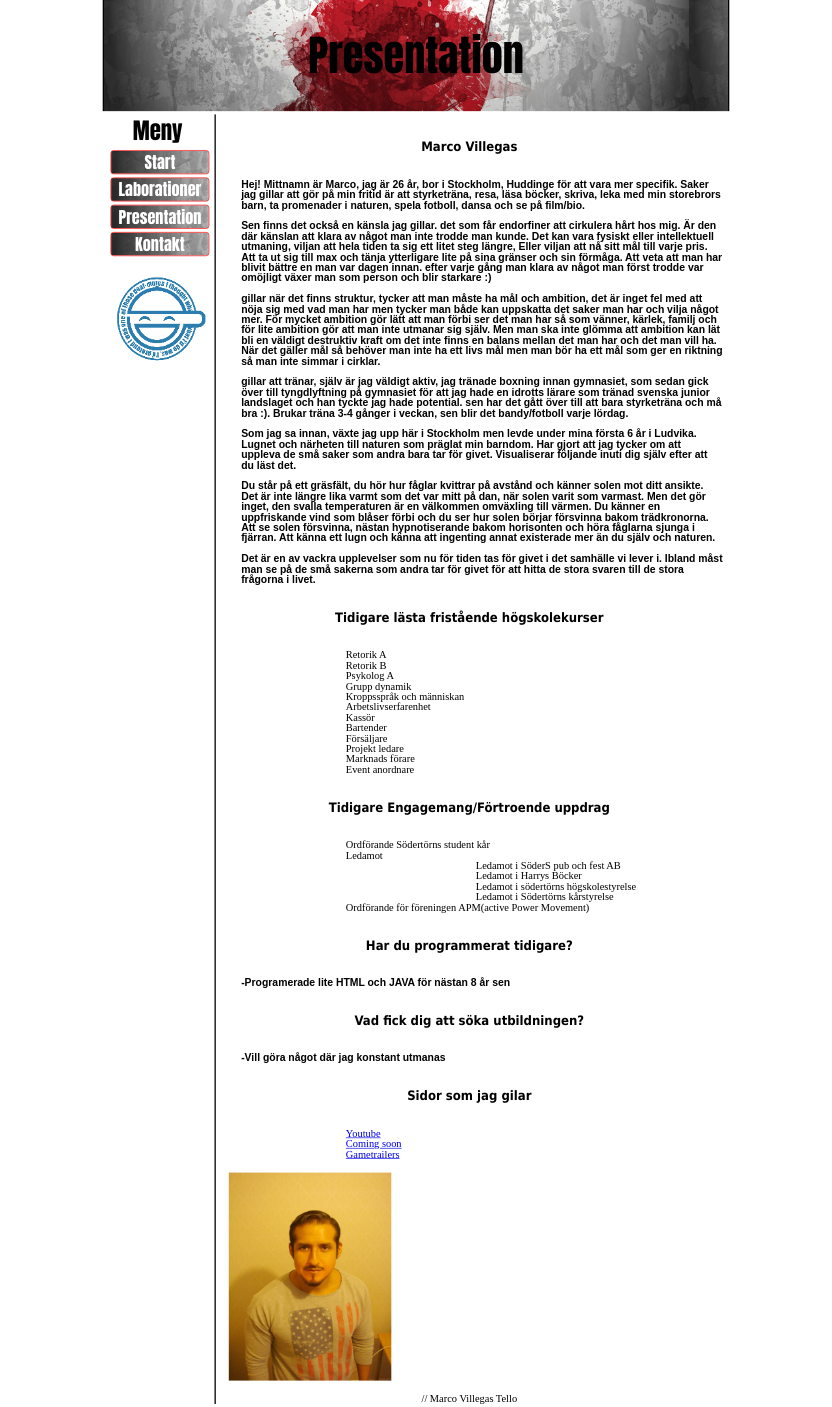
Repository: Marco30/1ik415-laborationer
Page: pages/presentation.html
The author's editor kept a record of every edit. The page is drawn from the files as they stood at one moment, then again after the next edit.
The browser window is 1280 px wide. The pictures show the whole page, at 65% of full size.

Above is the page before.

### pages/presentation.html
<!DOCTYPE html>

<html lang="sv">

<head>

        <meta charset="UTF-8"/>

        <title>Min första sida</title>

        <link href="../CSS/style.css" rel="stylesheet" type="text/css">

</head>

<body>

<div id="inramning">

        <div id="sidhuvud">

        <h1>Presentation</h1>


        </div>

        <div id="menyruta">

        <div id="meny">

        <h4>Meny</h4>

        <ul>

                <li> <a href="../index.html">Start</a> </li>

                <li> <a href="Laborationer.html">Laborationer</a> </li>

                <li> <a href="presentation.html">Presentation</a> </li>

                <li> <a href="kontakt.html">Kontakt</a> </li>

        </ul>

        </div>

        </div>

        <div id="blogg">

        <H4>Marco Villegas</H4>

        <p>
                Hej! Mittnamn är Marco, jag är 26 år, bor i Stockholm, Huddinge för att vara mer specifik.
                Saker jag gillar att gör på min fritid är att styrketräna, resa, läsa böcker, skriva, leka med min storebrors barn, ta promenader i naturen, spela fotboll, dansa och se på film/bio.
        </p>

        <br/>

        <p>
                Sen finns det också en känsla jag gillar. det som får endorfiner att cirkulera hårt hos mig. Är den där känslan att klara av något man inte trodde man kunde. Det kan vara fysiskt eller intellektuell utmaning, viljan att hela tiden ta sig ett litet steg längre, Eller viljan att nå sitt mål till varje pris. Att ta ut sig till max och tänja ytterligare lite på sina gränser och sin förmåga. Att veta att man har blivit bättre en man var dagen innan. efter varje gång man klara av något man först trodde var omöjligt växer man som person och blir starkare :)
        </p>

        <br/>

        <p>
                gillar när det finns struktur, tycker att man måste ha mål och ambition, det är inget fel med att nöja sig med vad man har men tycker man både kan uppskatta det saker man har och vilja något mer. För mycket ambition gör lätt att man förbi ser det man har så som vänner, kärlek, familj och för lite ambition gör att man inte utmanar sig själv. Men man ska inte glömma att ambition kan lät bli en väldigt destruktiv kraft om det inte finns en balans mellan det man har och det man vill ha. När det gäller mål så behöver man inte ha ett livs mål men man bör ha ett mål som ger en riktning så man inte simmar i cirklar.
        </p>

        <br/>

        <p>
                gillar att tränar, själv är jag väldigt aktiv, jag tränade boxning innan gymnasiet, som sedan gick över till tyngdlyftning på gymnasiet för att jag hade en idrotts lärare som tränad svenska junior landslaget och han tyckte jag hade potential. sen har det gått över till att bara styrketräna och må bra :). Brukar träna 3-4 gånger i veckan, sen blir det bandy/fotboll varje lördag.
        </P>

        <br/>

        <p>
                Som jag sa innan, växte jag upp här i Stockholm men levde under mina första 6 år i Ludvika. Lugnet och närheten till naturen som präglat min barndom. Har gjort att jag tycker om att uppleva de små saker som andra bara tar för givet.
                Visualiserar följande inuti dig själv efter att du läst det.
        </p>

        <br/>

        <p>
                Du står på ett gräsfält, du hör hur fåglar kvittrar på avstånd och känner solen mot ditt ansikte. Det är inte längre lika varmt som det var mitt på dan, när solen varit som varmast. Men det gör inget, den svalla temperaturen är en välkommen omväxling till värmen. Du känner en uppfriskande vind som blåser förbi och du ser hur solen börjar försvinna bakom trädkronorna. Att se solen försvinna, nästan hypnotiserande bakom horisonten och höra fåglarna sjunga i fjärran. Att känna ett lugn och känna att ingenting annat existerade mer än du själv och naturen.
        </p>

        <br/>

        <p>
                Det är en av vackra upplevelser som nu för tiden tas för givet i det samhälle vi lever i.
                Ibland måst man se på de små sakerna som andra tar för givet för att hitta de stora svaren till de stora frågorna i livet.
        </p>

        <h4>Tidigare lästa fristående högskolekurser</h4>

        <ul class="lablista">

                <li>Retorik A</li>

                <li>Retorik B</li>

                <li>Psykolog A</li>

                <li>Grupp dynamik</li>

                <li>Kroppsspråk och människan</li>

        </ul>

        <dl class="lablista">

                <dt> Arbetslivserfarenhet </dt>

   		<dd> Kassör </dd>

   		<dd> Bartender </dd>

   		<dd> Försäljare </dd>

   		<dd> Projekt ledare </dd>

   		<dd> Marknads förare </dd>

   		<dd> Event anordnare </dd>


        </dl>


        <h4>Tidigare Engagemang/Förtroende uppdrag </h4>

        <ul class="lablista">
                <li>Ordförande Södertörns student kår</li>

                <li>Ledamot

                        <ul class="lablista">

                                <li>Ledamot i SöderS pub och fest AB</li>

                                <li>Ledamot i Harrys Böcker </li>

                                <li>Ledamot i södertörns högskolestyrelse</li>

                                <li>Ledamot i Södertörns kårstyrelse</li>

                        </ul>

                </li>

                <li>Ordförande för föreningen APM(active Power Movement)</li>

        </ul>

        <H4>Har du programmerat tidigare?</H4>

        <p>
                -Programerade lite HTML och JAVA för nästan 8 år sen
        </p>

        <h4>Vad fick dig att söka utbildningen?</h4>

        <p>
                -Vill göra något där jag konstant utmanas
        </p>

        <h4>Sidor som jag gilar</h4>


        <ul class="lablista">

                <li> <a href="http://www.youtube.com"> Youtube </a> </li>

                <li> <a href="http://www.comingsoon.net"> Coming soon </a> </li>

                <li> <a href="http://www.gametrailers.com"> Gametrailers </a> </li>

        </ul>

        <a id="jag"></a>
        <img src="../pics/smil3.jpg" alt="Smiley face" width="250" height="320" class="left" >

        <br/>

        // Marco Villegas Tello
        </div>
</div>

</body>

</html>

### CSS/style.css
 /* http://meyerweb.com/eric/tools/css/reset/
   v2.0 | 20110126
   License: none (public domain)
*/

html, body, div, span, applet, object, iframe,
h1, h2, h3, h4, h5, h6, p, blockquote, pre,
a, abbr, acronym, address, big, cite, code,
del, dfn, em, img, ins, kbd, q, s, samp,
small, strike, strong, sub, sup, tt, var,
b, u, i, center,
dl, dt, dd, ol, ul, li,
fieldset, form, label, legend,
table, caption, tbody, tfoot, thead, tr, th, td,
article, aside, canvas, details, embed,
figure, figcaption, footer, header, hgroup,
menu, nav, output, ruby, section, summary,
time, mark, audio, video {
    margin: 0;
    padding: 0;
    border: 0;
    font-size: 100%;
    font: inherit;
    vertical-align: baseline;
}
/* HTML5 display-role reset for older browsers */
article, aside, details, figcaption, figure,
footer, header, hgroup, menu, nav, section {
    display: block;
}
body {
    line-height: 1;
}
ol, ul {
    list-style: none;
}
blockquote, q {
    quotes: none;
}
blockquote:before, blockquote:after,
q:before, q:after {
    content: '';
    content: none;
}
table {
    border-collapse: collapse;
    border-spacing: 0;
}


#inramning
{
         width:960px;
        margin:0 auto;
        background-color: #EDF5FF;
        border-left: 2px solid black;
        border-right: 2px solid black;
}


#sidhuvud /* skappar rammen längs upp, den som har sidans namn */
{

        background-image: url(pics/Max.png);
        height:171px;

}

#sidhuvud H1 /* ger H1 följande egenskaper som  alltid är bundna till sidhuvud div */
{
        font-weight: bold;
        line-height:171px;
        text-align:center;
        font-family: Impact, Charcoal, sans-serif;
        font-size: 65px;
        color:black;
}


#menyruta /* skappar rutan som menyn finns i och har alla des egenskaper som färg, bred, position m.m.*/
{
        float: left;
        width: 155px;
        height: 600px;
        margin: 5px;
        font-family: Impact, Charcoal, sans-serif;
        background-image: url(pics/fun1.png);
        background-repeat: no-repeat;
        background-position:15px 250px;


}

#menyruta H4 /* ger H1 följande egenskaper som alltid är bundna till menyruta div */
{
        line-height:50px;
        font-weight: bold;
        text-align:center;
        font-size: 35px;
}

#meny /* centerar all text i meny div*/
{
        text-align: center;

}


#meny li /* ger li följande egenskaper som alltid är bundna till meny div */
{
        margin: 5px;
        padding: 0;
        list-style: none;
}

#meny li a /* ger li a följande egenskaper som alltid är bundna till meny div */
{
        display: block;
        width: 130px;
        margin: 0;
        padding: 5px 10px 5px 10px;
        text-decoration: none;
        font-family: Impact, Charcoal, sans-serif;
        font-size: 25px;
        color: white;
        border-radius: 5px;
        border: 1px solid red;
       background: url('pics/Max.png');

}

#meny li a:hover /* ger li A följande egenskaper när mus pekaren svävar över den */
{
        padding: 5px 12px;
        color: white;
}

#meny #active /* visar vilken sida man är på i menyn genom att göra den lenken svart*/
{
        background: black;
}


#blogg
{
        float: left;
        width: 780px;
        border-left: 2px solid black;
        margin: 5px;
        text-align:center;
}

#blogg table, th, td
{
        margin-left:auto;
        margin-right:auto;
        border: 1px solid black;
}


#blogg H2
{
        font-family: Tahoma, Geneva, sans-serif;
        font-weight: bold;
        text-align:center;
        font-size: 40px;
}

#blogg H4
{
        line-height:100px;
        font-family: Tahoma, Geneva, sans-serif;
        font-weight: bold;
        text-align:center;
        font-size: 20px;
}

#blogg form
{
        text-align: left;
        background: none repeat scroll 0% 0% #CCC;
        border: 1px solid rgb(170, 57, 57);
        padding-left: 100px;
        color: rgb(170, 57, 57);
        font-size: 18px;
        font-weight: bold;
        font-family: Tahoma,Geneva,sans-serif;
        margin: 20px 50px 20px 90px;
}

#blogg form H4
{
        line-height:100px;
        font-family: Tahoma, Geneva, sans-serif;
        font-weight: bold;
        text-align:center;
        font-size: 30px;
}

#blogg input
{
        color: rgb(170, 57, 57);
        padding: 10px;
        font-family: Tahoma,Geneva,sans-serif;
        font-size: 16px;
        margin-bottom: 15px;
        margin-top: 10px;
        background-color: rgba(255, 255, 255, 0.4);
        border: 5px solid rgb(170, 57, 57);
}

#blogg select
{
        border: 5px solid #AA3939;
        padding: 10px;
        font-family: Keffeesatz,Arial;
        font-size: 14px;
        margin-bottom: 15px;
        margin-top: 10px;
        background-color: rgba(255, 255, 255, 0.4);
        color: #AA3939;
}


#blogg textarea
{
        color: #AA3939;
        background-color: rgba(255, 255, 255, 0.4);
        padding: 10px;
        font-family: Keffeesatz,Arial;
        margin-top: 10px;
        width: 450px;
        margin-bottom: 15px;
        font-size: 16px;
        border: 5px solid #AA3939;
}



#blogg P
{
        padding-left: 5%;
        font-family: ‘Lucida Sans Unicode’, ‘Lucida Grande’, sans-serif;
        font-weight: bold;
        text-align:left;
}

#sidfot
{
        clear: left;
        width: 960px;
        height: 50px;
        background-color: #7E7B7F;
        border-top: 2px solid black;

}

#sidfot P
{
        line-height:50px;
        text-align:center;
        font-family: ‘Lucida Sans Unicode’, ‘Lucida Grande’, sans-serif;
        font-weight: bold;


}


 .right /*class som   placerar objekt till höger*/
{
        float:right;
        margin: 0 0 20px 20px;
}

 .left /*class som   placerar objekt till vänster*/
{
        float:left;
        margin: 20px 520px 20px 20px;
}


#blogg #sprite {
        width: 24px;
        height: 24px;
        background: url(pics/sprite.png) 24px -144px;
padding: 4px 24px 3px 0px;
display: block;
width: 147px;
margin: 0px 0px -17px 16px;
background-repeat: no-repeat;
text-decoration: none;
color: #ccc8b8;


}

#blogg #sprite:hover{
        width: 24px;
        height: 24px;
        background: url(pics/sprite.png) 24px -96px;
padding: 4px 24px 3px 0px;
display: block;
width: 147px;
margin: 0px 0px -17px 16px;
background-repeat: no-repeat;
text-decoration: none;
color: blue;
}

#blogg #b {

  width: 24px;
  height: 24px;
   background: url('pics/sprite.png') 24px -192px;
 text-align: center;
padding: 5px 24px 3px 0px;
display: block;
width: 147px;
margin: 9px 0px -26px -48px;
background-repeat: no-repeat;
text-decoration: none;

}

#blogg #b:hover{
  background: url('pics/sprite.png') 24px -240px;
  width: 24px;
  height: 24px;
  text-align: center;
padding: 5px 24px 3px 0px;
display: block;
width: 147px;
margin: 9px 0px -26px -48px;
background-repeat: no-repeat;
color: #ccc8b8;
text-decoration: none;

}


.lablista
{
        padding-left: 200px;
        text-align:left;
        padding: 5;
}


        /* CSS för utrskrift startar här ifrån */

@media print {


        /* tar bort element som man inte vill ha i utskriften */


        #menyruta, #sidfot
        {
                display: none;
                border: 0;

        }

        #inramning
        {
                background-color:none;
                border-left: none;
                border-right: none;
        }


        #blogg
        {
                border: none;
        }

        img {
                display: none;
        }


        /* gör så att man får färg på lenkar i utskriften */
        #blogg a:link, a:visited
        {
                color: #781351;
        }

        /*visar hela adressen på en lenk bredvid namnet*/
        #blogg a:after
        {
                content: " (" attr(href) ")";
                font-size: 14px 0px;
        }

}


@media only screen and (max-device-width : 481px) {

	div#inramning
	{
	        width: 481px;
	}

        div#sidhuvud
	{
	        background-image: url(pics/maxliten.png);
	        height: 91px;
	        position: relative;

	}

	div#sidhuvud h1
	{
	        font-size: 40px;
font-weight: bold;
line-height: 104px;
text-align: center;
font-family: Impact,Charcoal,sans-serif;
color: black;
	}

	#blogg
	{
		float: none;
		width: 100%;
	}

	#blogg H2 {
    font-family: Tahoma,Geneva,sans-serif;
    font-weight: bold;
    text-align: center;
    font-size: 20px;
	}

#blogg H4
{
    line-height: 49px;
    font-family: Tahoma,Geneva,sans-serif;
    font-weight: bold;
    text-align: center;
    font-size: 14px;
}

div#menyruta /* skappar rutan som menyn finns i och har alla des egenskaper som färg, bred, position m.m.*/
{
        font-family: Impact,Charcoal,sans-serif;
width: 480px;
height: auto;
margin: 3px 0px 10px -44px;

}

div#menyruta H4 /* ger H1 följande egenskaper som alltid är bundna till menyruta div */
{
        font-size: 19px;
line-height: 35px;
display: none;

}

div#meny /* centerar all text i meny div*/
{
        text-align: center;

}


div#meny li /* ger li följande egenskaper som alltid är bundna till meny div */
{
        margin-right: 0px;
display: inline-block;
list-style: none outside none;
}

div#meny li a /* ger li a följande egenskaper som alltid är bundna till meny div */
{
     font-family: Impact,Charcoal,sans-serif;
font-size: 16px;
border: 1px solid #F00;
padding: 5px 6px;
margin: 0px 0px 0px 6px;
border-radius: 3px;
display: block;
text-decoration: none;
color: #FFF;
background: url('pics/Max.png') repeat scroll 0% 0% transparent;
width: auto;
}

div#meny li a:hover /* ger li A följande egenskaper när mus pekaren svävar över den */
{
        padding: 5px 12px;
        color: white;
}

div#meny #active /* visar vilken sida man är på i menyn genom att göra den lenken svart*/
{
        background: black;
}

}

After the next edit:
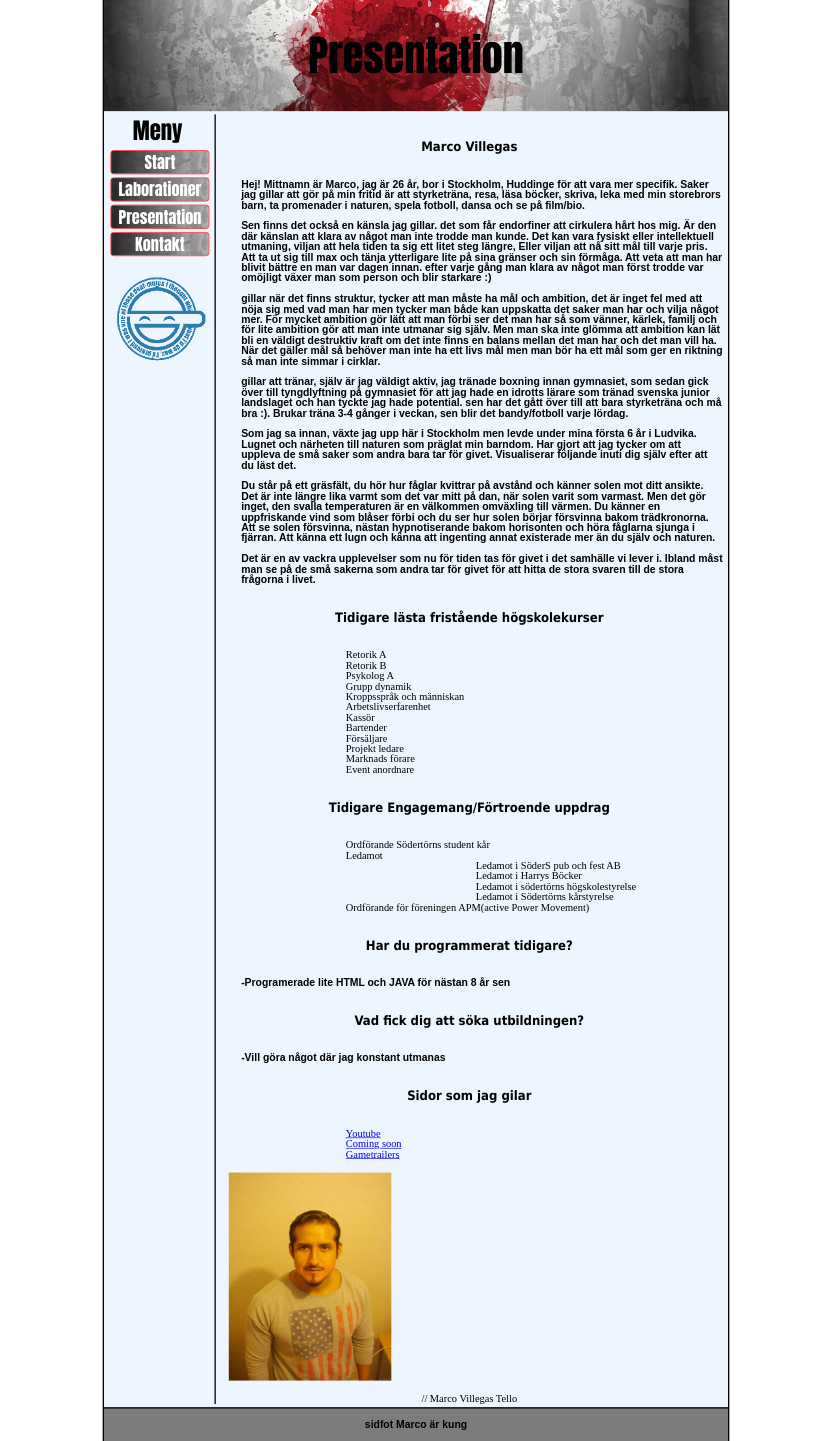
The edit:
--- a/pages/presentation.html
+++ b/pages/presentation.html
@@ -185,6 +185,16 @@
 
         // Marco Villegas Tello
         </div>
+
+        <div id="sidfot">
+
+        <p>
+
+        sidfot Marco är kung
+        </p>
+        </div>
+
+
 </div>
 
 </body>
